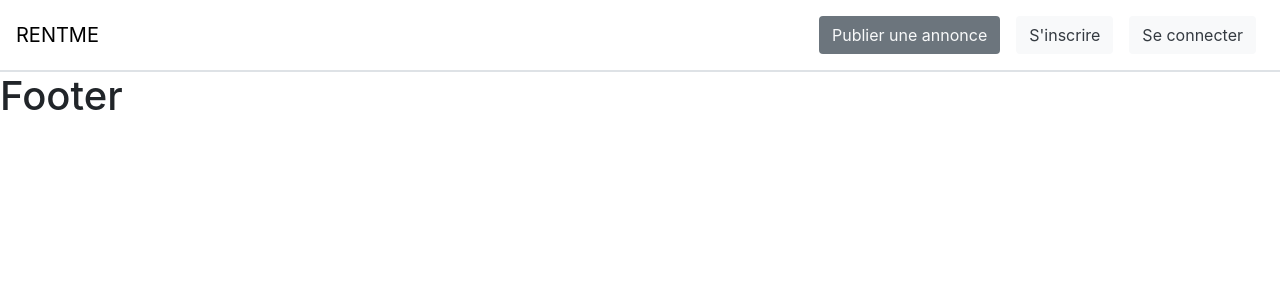
Repository: johan1412/rentme-front
Page: /
These files come from the project's save history. The page is drawn as it stood at one moment and after the next save; the edit follows.
The browser window is 1280 px wide. The pictures show the whole page.
The page's requests for data from a server got no answer. The project was rebuilt for these pictures with package versions that can differ from the ones it lists, and the page was loaded fresh each time. No one was signed in, and anything a server would have sent is missing. Also part of the build but not shown: vue.config.js, src/components/form/LoginForm.vue, src/components/pages/common/auth/LoginPage.vue, src/components/form/RegisterForm.vue, src/components/pages/common/auth/RegisterPage.vue.

Above is the page before, as saved 2022-01-05 02:41:35.

After the next save:
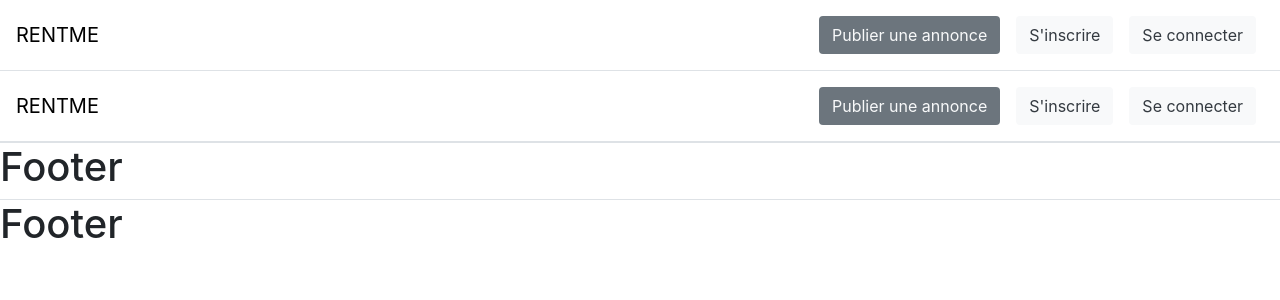
Saved 13 s later.
--- a/src/App.vue
+++ b/src/App.vue
@@ -1,5 +1,7 @@
 <template>
-    <router-view :user="user"/>
+  <base-layout :user="user">
+    <router-view />
+  </base-layout>
 </template>
 <script>
 import BaseLayout from "./components/layout/BaseLayout.vue";
